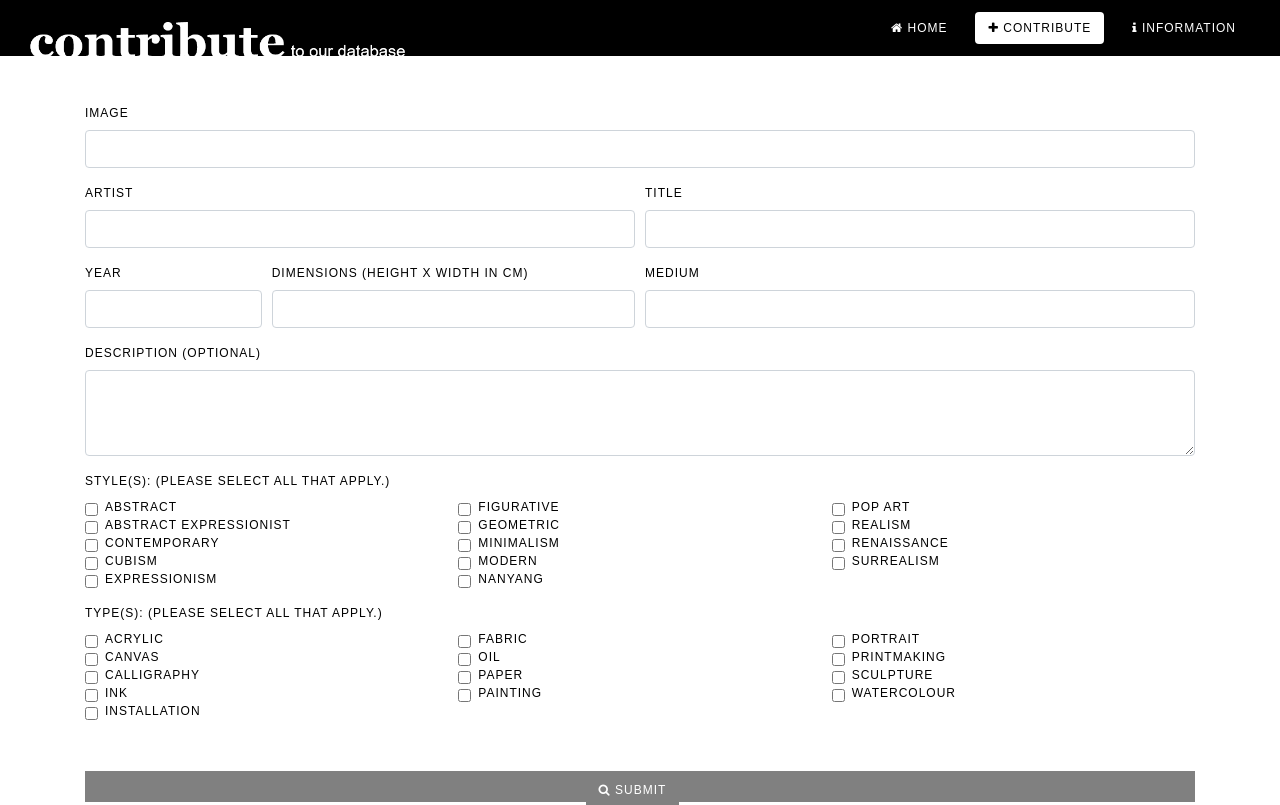
Repository: lynette-lyf/artwork-inventory
Page: http://localhost/add-artwork
The author's editor kept a record of every edit. The page is drawn from the files as they stood at one moment, then again after the next edit.
The browser window is 1280 px wide. The pictures show the whole page.
The page is served by the project's application, run on Flask 3 (app.py).

Above is the page before.

After the next edit:
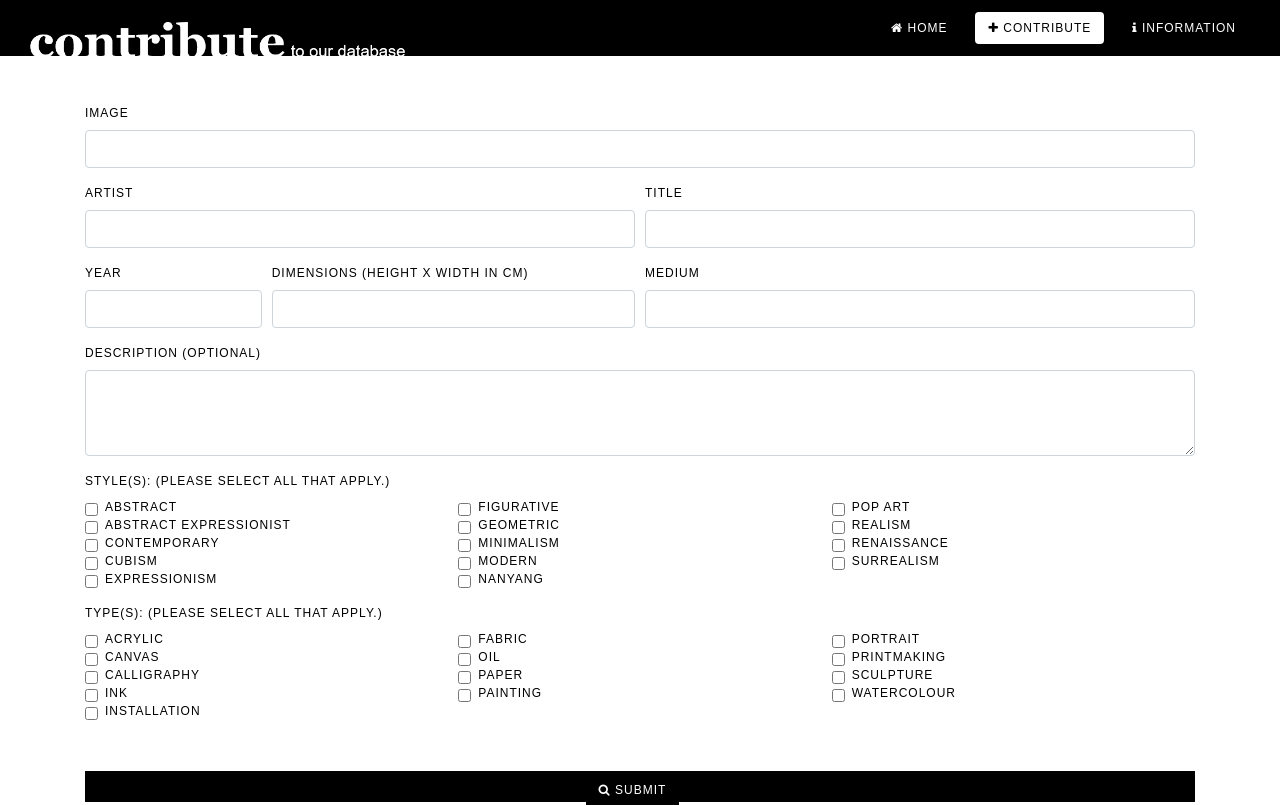
The edit:
--- a/templates/add_artwork.template.html
+++ b/templates/add_artwork.template.html
@@ -62,7 +62,7 @@
     margin-right:15px;
 }
 
-#home, #information {
+#home, #information, #submit {
     font-family: Arial;
     color: white;
     text-decoration: none;
